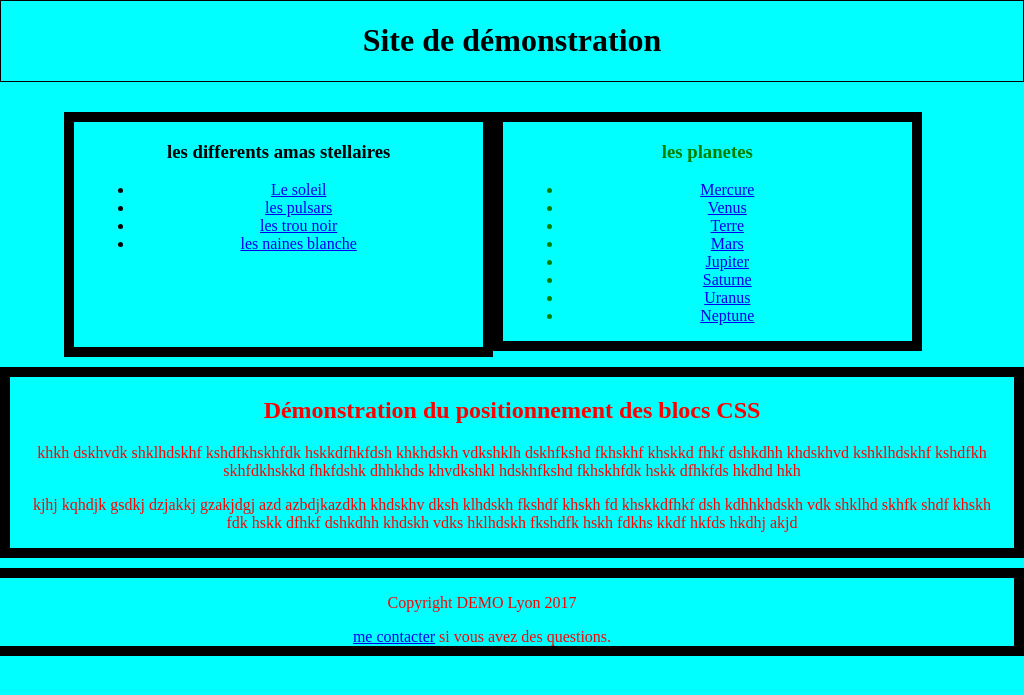
Repository: Poulpyto/fitec
Page: workspaceHtmlFlo/ModelePage1Flo/WebContent/index.html
These files come from the project's save history. The page is drawn as it stood at one moment and after the next save; the edit follows.
The browser window is 1024 px wide. The pictures show the whole page.

Above is the page before, as saved 2017-04-04 13:32:41.

### workspaceHtmlFlo/ModelePage1Flo/WebContent/index.html
<!DOCTYPE html>
<html>
<head>

<meta charset="UTF-8">
<title>Modele 1</title>
<meta name="viewport" content="width=device-width, initial-scale=1.0" /><!-- recup taille terminal utiliser , premiere etape pr respnosivité*/ -->
<link rel="stylesheet" href="css/style.css" />
</head>

<body>
	<div id="entete">
		<h1>Site de démonstration</h1>
	</div>
	<div id="nav">
		<div class="block planete">
		<h3>les planetes</h3>
			<ul>
				<li><a href= "#">Mercure</a></li>
				<li><a href= "#">Venus</a></li>
				<li><a href= "#">Terre</a></li>
				<li><a href= "#">Mars</a></li>
				<li><a href= "#">Jupiter</a></li>
				<li><a href= "#">Saturne</a></li>
				<li><a href= "#">Uranus</a></li>
				<li><a href= "#">Neptune</a></li>
			</ul>
	</div>
	<div class="block espace">
		<h3>les differents amas stellaires</h3>
		<ul>
			<li><a href= "#">Le soleil</a></li>
			<li><a href= "#">les pulsars</a></li>
			<li><a href= "#">les trou noir</a></li>
			<li><a href= "#">les naines blanche</a></li>
		</ul>
	</div>
	</div>
	<div id="content">
	<div class="block">
		<h2>Démonstration du positionnement des blocs CSS</h2>
		<p>khkh dskhvdk shklhdskhf kshdfkhskhfdk hskkdfhkfdsh khkhdskh vdkshklh dskhfkshd fkhskhf khskkd fhkf dshkdhh khdskhvd kshklhdskhf kshdfkh skhfdkhskkd fhkfdshk dhhkhds khvdkshkl hdskhfkshd fkhskhfdk hskk dfhkfds hkdhd hkh</p>
		<p> kjhj kqhdjk  gsdkj dzjakkj gzakjdgj azd azbdjkazdkh khdskhv dksh klhdskh fkshdf khskh fd khskkdfhkf dsh kdhhkhdskh vdk shklhd skhfk shdf khskh fdk hskk dfhkf dshkdhh khdskh vdks hklhdskh fkshdfk hskh fdkhs kkdf hkfds hkdhj akjd</p>
	</div>
	<div class="block footer">
	<p> Copyright DEMO Lyon 2017</p>
	<a href="mailto:contact@example.com">me contacter</a> si vous avez des questions.
	</div>
	</div>
</body>

</html>

### workspaceHtmlFlo/ModelePage1Flo/WebContent/css/style.css
@CHARSET "UTF-8";
/*media queries*/
/*si la taille de l'ecran est <680px */
@media screen and (max-width:680px)
{
body {
	width: 100%;
	margin: 0 auto;
	background-color: grey;
	text-align: center;
}

#entete{
	border: 1px solid black;
	margin-bottom: 20px;
	padding: 0 20px;
	text-align:center;
}

#nav {
	width: 100%;

}

#content {
	width:100%;
	color: red;

}

.block{
	border: 10px solid black;
	margin-top: 10px;
	padding: 0 20px;
}
.footer{
	text-align: center;
}
}
/*si la taille de l'ecran est comprise entre 681 et 1279px*/
@media screen and (min-width:681px) and (max-width:1279px)
{
body {
	width: 100%;
	margin: 0 auto;
	background-color: cyan;
	text-align: center;
}


#entete{
	border: 1px solid black;
	margin-bottom: 20px;
	padding: 0 20px;
	text-align:center;
}

#nav {
	width: 90%;
	float: left;
}

.planete{
	float: right;
	width: 40%;
	color : green;
}
.espace{
	float: right;
	width: 40%;
	height: 225px;
}
#content {
	width:100%;
	color: red;
	float:right;
}

.block{
	border: 10px solid black;
	margin-top: 10px;
	padding: 0 20px;
	float:right;
}

.footer{
	text-align: center;
	width:100%;
}
}
/*si la taille est > 1279px*/
@media screen and (min-width:1280px)
{
body {
	width: 960px;
	margin: 0 auto;
	background-color: yellow;
}

#entete{
	border: 1px solid black;
	margin-bottom: 20px;
	padding: 0 20px;
	text-align:center;
}

#nav {
	width: 240px;
	float: left;
}

#content {
	width:700px;
	float: right;
	color: red;

}

.block{
	border: 10px solid black;
	margin-top: 10px;
	padding: 0 20px;
}
.footer{
	text-align: center;
}
}

After the next save:
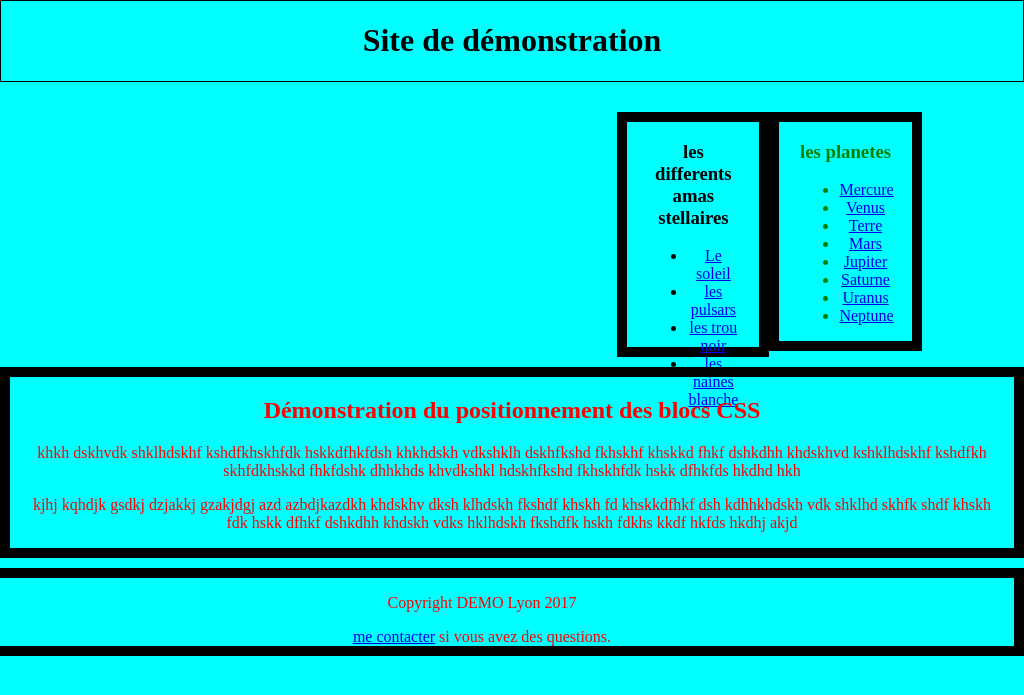
Saved 45 s later.
--- a/workspaceHtmlFlo/ModelePage1Flo/WebContent/css/style.css
+++ b/workspaceHtmlFlo/ModelePage1Flo/WebContent/css/style.css
@@ -62,12 +62,12 @@
 
 .planete{
 	float: right;
-	width: 40%;
+	width: 10%;
 	color : green;
 }
 .espace{
 	float: right;
-	width: 40%;
+	width: 10%;
 	height: 225px;
 }
 #content {

After the save that followed:
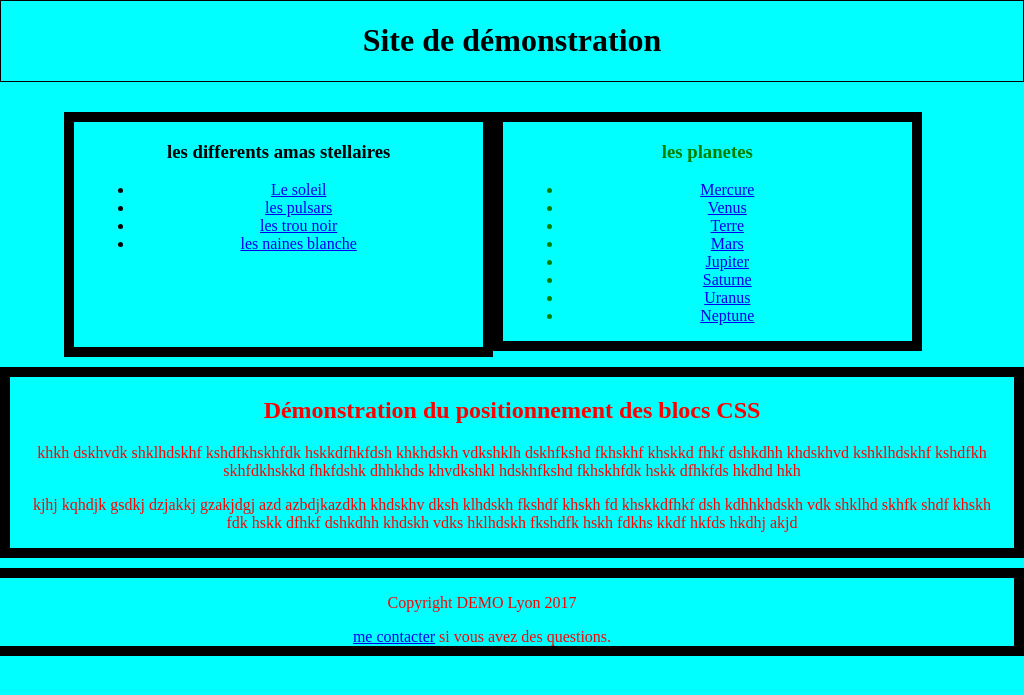
Saved 14 s later.
--- a/workspaceHtmlFlo/ModelePage1Flo/WebContent/css/style.css
+++ b/workspaceHtmlFlo/ModelePage1Flo/WebContent/css/style.css
@@ -62,12 +62,12 @@
 
 .planete{
 	float: right;
-	width: 10%;
+	width: 40%;
 	color : green;
 }
 .espace{
 	float: right;
-	width: 10%;
+	width: 40%;
 	height: 225px;
 }
 #content {
